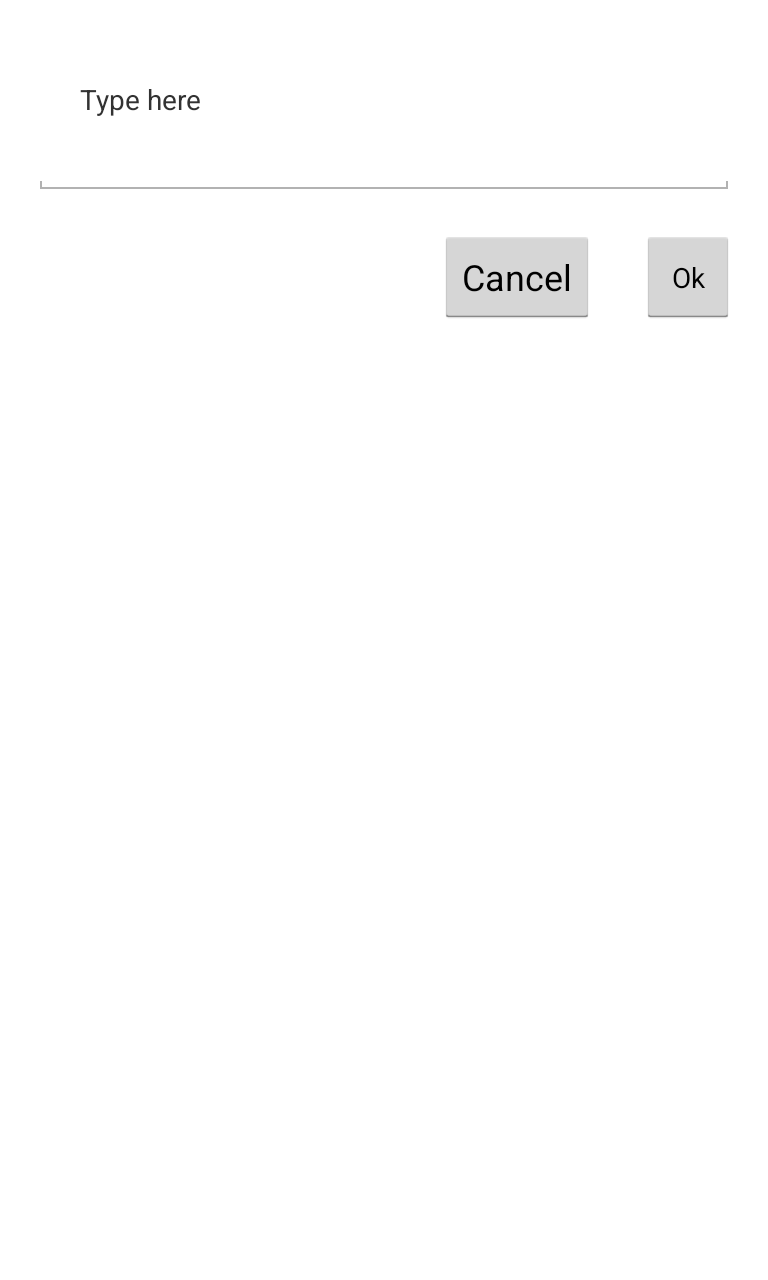
Repository: Arekjaar/workspace_Android
Layout: PrimerasVistas/res/layout/activity_main.xml
The author's editor kept a copy of each file at every save. The layout is drawn from the files as they stood at one save, then again after the next save.
It is drawn on a 768 x 1280 px phone screen (xhdpi) without system bars, with theme AppTheme; the app's code is not run.

Above is the layout before, as saved 2014-03-05 20:19:11.

### PrimerasVistas/res/layout/activity_main.xml
<RelativeLayout xmlns:android="http://schemas.android.com/apk/res/android"
    xmlns:tools="http://schemas.android.com/tools"
    android:id="@+id/RelativeLayout1"
    android:layout_width="match_parent"
    android:layout_height="match_parent"
    android:paddingBottom="@dimen/activity_vertical_margin"
    android:paddingLeft="@dimen/activity_horizontal_margin"
    android:paddingRight="@dimen/activity_horizontal_margin"
    android:paddingTop="@dimen/activity_vertical_margin"
    tools:context=".MainActivity" >

    <TextView
        android:id="@+id/textView1"
        android:layout_width="wrap_content"
        android:layout_height="wrap_content"
        android:layout_alignParentLeft="true"
        android:layout_alignParentTop="true"
        android:layout_marginLeft="24dp"
        android:layout_marginTop="24dp"
        android:text="Type here" />

    <EditText
        android:id="@+id/editText1"
        android:layout_width="match_parent"
        android:layout_height="wrap_content"
        android:layout_below="@+id/textView1"
        android:layout_centerHorizontal="true"
        android:ems="10" />

    <Button
        android:id="@+id/button1"
        style="?android:attr/buttonStyleSmall"
        android:layout_width="wrap_content"
        android:layout_height="wrap_content"
        android:layout_alignRight="@+id/editText1"
        android:layout_below="@+id/editText1"
        android:layout_marginTop="16dp"
        android:text="Ok" />

    <Button
        android:id="@+id/button2"
        android:layout_width="wrap_content"
        android:layout_height="wrap_content"
        android:layout_alignTop="@+id/button1"
        android:layout_marginRight="22dp"
        android:layout_toLeftOf="@+id/button1"
        android:text="Cancel" />

</RelativeLayout>

Loaded but not shown: PrimerasVistas/res/values/styles.xml (common file); PrimerasVistas/res/values-v11/styles.xml (common file); PrimerasVistas/res/values-v14/styles.xml (common file); PrimerasVistas/res/values/dimens.xml (common file)

After the next save:
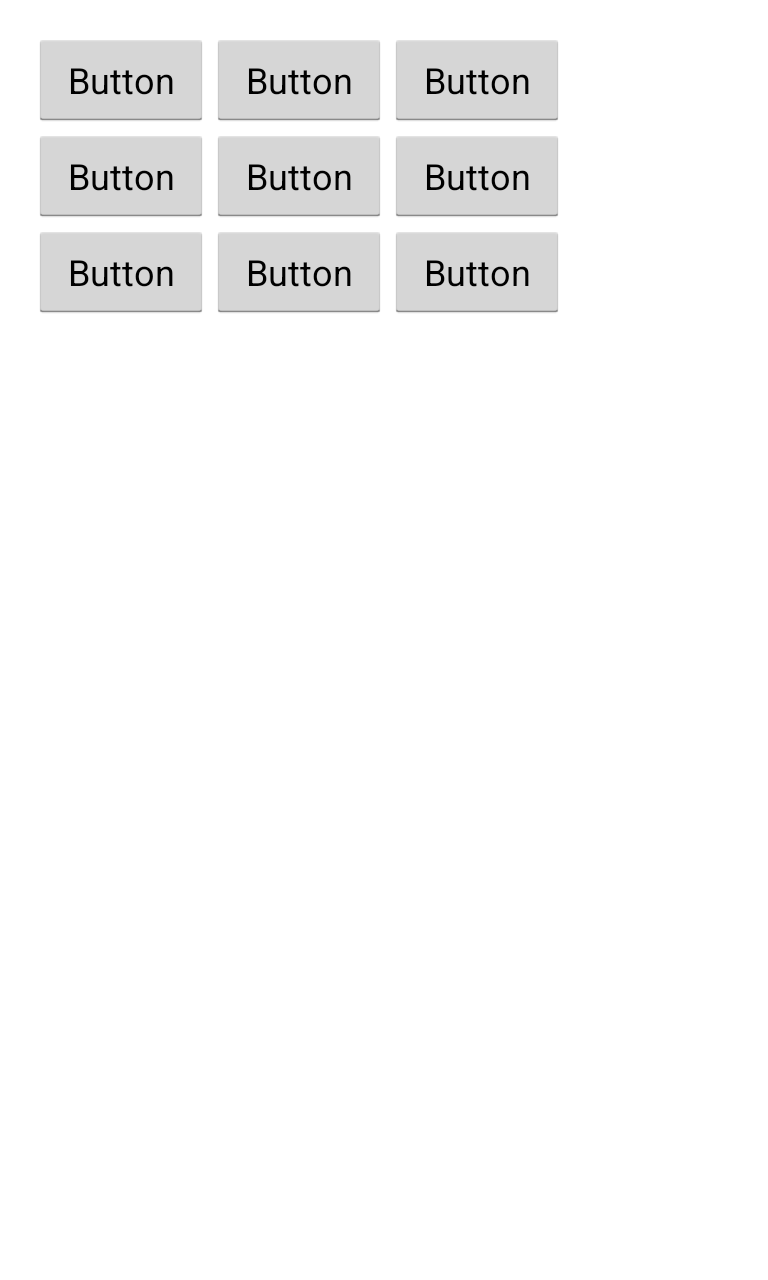
Saved 15 min 54 s later.
--- a/PrimerasVistas/res/layout/activity_main.xml
+++ b/PrimerasVistas/res/layout/activity_main.xml
@@ -1,49 +1,90 @@
-<RelativeLayout xmlns:android="http://schemas.android.com/apk/res/android"
+<TableLayout xmlns:android="http://schemas.android.com/apk/res/android"
     xmlns:tools="http://schemas.android.com/tools"
-    android:id="@+id/RelativeLayout1"
-    android:layout_width="match_parent"
+    android:id="@+id/TableLayout1"
+    android:layout_width="wrap_content"
     android:layout_height="match_parent"
     android:paddingBottom="@dimen/activity_vertical_margin"
     android:paddingLeft="@dimen/activity_horizontal_margin"
     android:paddingRight="@dimen/activity_horizontal_margin"
     android:paddingTop="@dimen/activity_vertical_margin"
+    android:shrinkColumns="40pt"
+    android:stretchColumns="40pt"
     tools:context=".MainActivity" >
 
-    <TextView
-        android:id="@+id/textView1"
+    <TableRow
+        android:id="@+id/tableRow1"
         android:layout_width="wrap_content"
-        android:layout_height="wrap_content"
-        android:layout_alignParentLeft="true"
-        android:layout_alignParentTop="true"
-        android:layout_marginLeft="24dp"
-        android:layout_marginTop="24dp"
-        android:text="Type here" />
+        android:layout_height="wrap_content" >
 
-    <EditText
-        android:id="@+id/editText1"
-        android:layout_width="match_parent"
-        android:layout_height="wrap_content"
-        android:layout_below="@+id/textView1"
-        android:layout_centerHorizontal="true"
-        android:ems="10" />
+        <Button
+            android:id="@+id/button4"
+            android:layout_width="wrap_content"
+            android:layout_height="wrap_content"
+            android:text="Button" />
 
-    <Button
-        android:id="@+id/button1"
-        style="?android:attr/buttonStyleSmall"
+        <Button
+            android:id="@+id/button1"
+            android:layout_width="40pt"
+            android:layout_height="wrap_content"
+            android:text="Button" />
+
+        <Button
+            android:id="@+id/button2"
+            android:layout_width="40pt"
+            android:layout_height="wrap_content"
+            android:text="Button" />
+
+    </TableRow>
+
+    <TableRow
+        android:id="@+id/tableRow2"
         android:layout_width="wrap_content"
-        android:layout_height="wrap_content"
-        android:layout_alignRight="@+id/editText1"
-        android:layout_below="@+id/editText1"
-        android:layout_marginTop="16dp"
-        android:text="Ok" />
+        android:layout_height="wrap_content" >
 
-    <Button
-        android:id="@+id/button2"
+        <Button
+            android:id="@+id/button3"
+            android:layout_width="40pt"
+            android:layout_height="wrap_content"
+            android:gravity="center_vertical|center_horizontal"
+            android:text="Button" />
+
+        <Button
+            android:id="@+id/button5"
+            android:layout_width="wrap_content"
+            android:layout_height="wrap_content"
+            android:text="Button" />
+
+        <Button
+            android:id="@+id/button6"
+            android:layout_width="wrap_content"
+            android:layout_height="wrap_content"
+            android:text="Button" />
+
+    </TableRow>
+
+    <TableRow
+        android:id="@+id/tableRow3"
         android:layout_width="wrap_content"
-        android:layout_height="wrap_content"
-        android:layout_alignTop="@+id/button1"
-        android:layout_marginRight="22dp"
-        android:layout_toLeftOf="@+id/button1"
-        android:text="Cancel" />
+        android:layout_height="wrap_content" >
 
-</RelativeLayout>
+        <Button
+            android:id="@+id/button7"
+            android:layout_width="wrap_content"
+            android:layout_height="wrap_content"
+            android:text="Button" />
+
+        <Button
+            android:id="@+id/button8"
+            android:layout_width="wrap_content"
+            android:layout_height="wrap_content"
+            android:text="Button" />
+
+        <Button
+            android:id="@+id/button9"
+            android:layout_width="wrap_content"
+            android:layout_height="wrap_content"
+            android:text="Button" />
+
+    </TableRow>
+
+</TableLayout>
